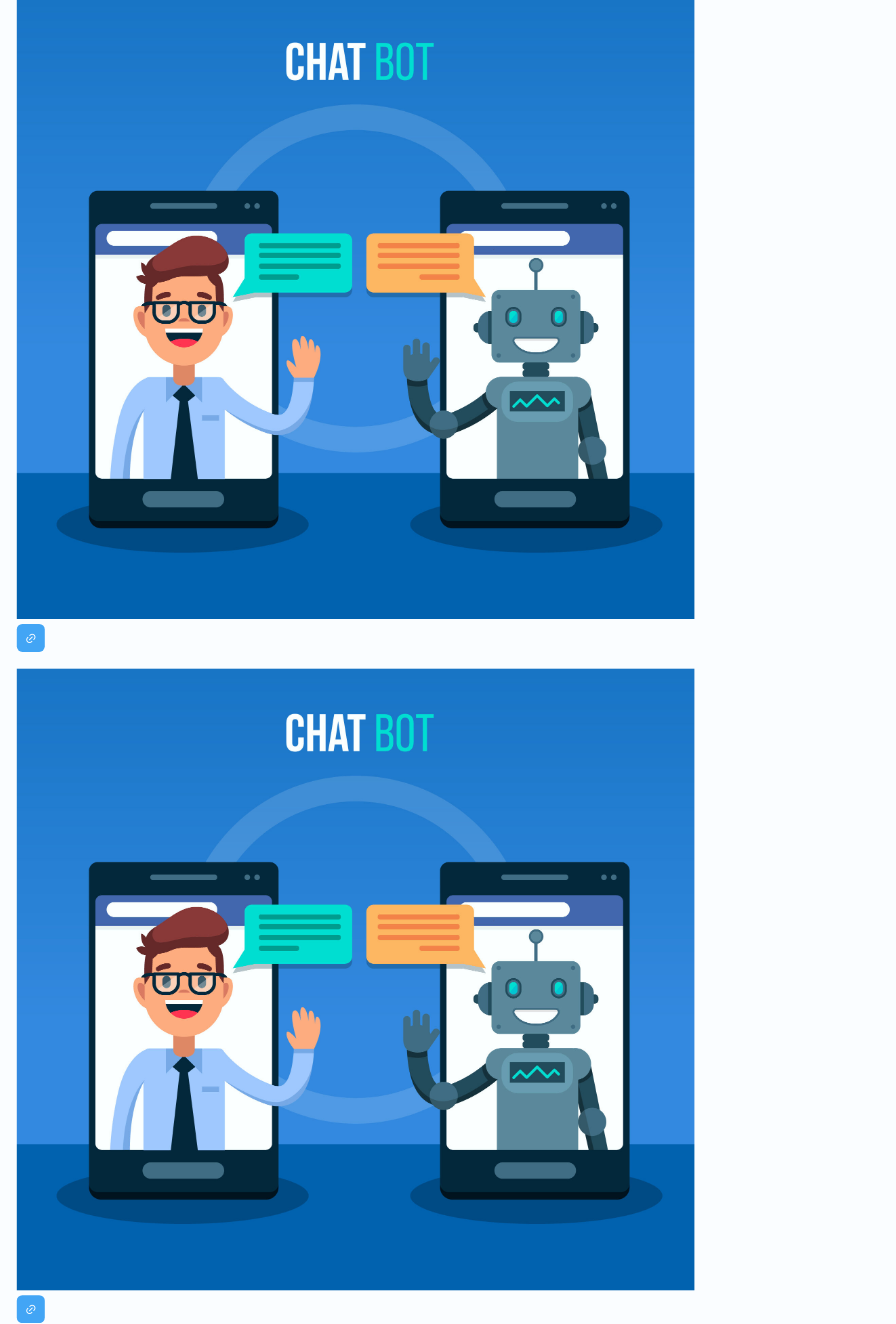
Repository: Kaii-Dev/Porfolio
Page: index.html
The author's editor kept a copy of each file at every save. The page is drawn from the files as they stood at one save, then again after the next save.
The browser window is 1280 px wide. The pictures show the part of the page from y = 3375 to 5295 px (the page is 5266 px tall before and 5295 px after), at 70% of full size.
A picture or video elsewhere on the page could not be fetched, so the positions and the page height are approximate. Some web libraries are served in a nearby version.

Above is the page before, as saved 2022-04-12 16:21:45.

### index.html
<!DOCTYPE html>
<html lang="en">
  <head>
    <meta charset="UTF-8" />
    <meta http-equiv="X-UA-Compatible" content="IE=edge" />
    <meta name="viewport" content="width=device-width, initial-scale=1.0" />
    <title>Portfolio</title>
    <link
      href="https://cdn.jsdelivr.net/npm/remixicon@2.2.0/fonts/remixicon.css"
      rel="stylesheet"
    />
    <link rel="stylesheet" href="./Assets/css/app.css" />
  </head>
  <body>
    <!-- HEADER PROFILE -->
    <header class="profile container">
      <div class="profile__container grid">
        <div class="profile__data">
          <div class="profile__border">
            <div class="profile__perfil">
              <img src="./Assets/img/perfil.jpeg" alt="" />
            </div>
          </div>

          <h2 class="profile__name">Khai Le</h2>
          <h3 class="profile__profession">Front-End Developer</h3>
          <ul class="profile__social">
            <a
              href="https://www.linkedin.com/in/le-khai-68b2921b0/"
              target="_blank"
              class="profile__social-link"
            >
              <i class="ri-linkedin-box-line"></i>
            </a>
            <a
              href="https://www.facebook.com/lkakaizy"
              target="_blank"
              class="profile__social-link"
            >
              <i class="ri-facebook-circle-line"></i>
            </a>
            <a
              href="https://github.com/Kaii-Dev"
              target="_blank"
              class="profile__social-link"
            >
              <i class="ri-github-line"></i>
            </a>
          </ul>
        </div>
        <div class="profile__info grid">
          <div class="profile__info group">
            <h3 class="profile__info-number">2</h3>
            <p class="profile__info-description">
              Language <br />
              certification
            </p>
          </div>
          <div class="profile__info group">
            <h3 class="profile__info-number">+10</h3>
            <p class="profile__info-description">
              Completed <br />
              projects
            </p>
          </div>
          <div class="profile__info group">
            <h3 class="profile__info-number">1</h3>
            <p class="profile__info-description">
              University's <br />
              scholarship
            </p>
          </div>
        </div>

        <div class="profile__buttons">
          <!-- insert cv -->
          <a download="" href="./Assets/pdf/" class="button">
            Download CV <i class="ri-download-line"></i>
          </a>

          <div class="profile__buttons-small">
            <!-- insert phone number -->
            <a
              href="tel: 0842454228"
              target="_blank"
              class="button button__small button__gray"
            >
              <i class="ri-phone-line"></i>
            </a>
            <a
              href="https://m.me/lkakaizy"
              target="_blank"
              class="button button__small button__gray"
            >
              <i class="ri-messenger-line"></i>
            </a>
          </div>
        </div>
      </div>
    </header>
    <!-- MAIN -->
    <main class="main">
      <section class="filters container">
        <!-- FILTERS TABS -->
        <ul class="filters__contents">
          <button class="filters__button" data-target="#projects">
            Projects
          </button>
          <button class="filters__button" data-target="#skills">Skills</button>
        </ul>
        <div class="filters__sections">
          <!-- PROJECTS -->
          <div class="projects__content grid" data-content id="projects">
            <article>
              <img src="./Assets/img/pic1.jpeg" alt="" class="projects__img" />
              <div class="projects__modal">
                <div class="">
                  <span class="projects__subtitle"></span>
                  <h3 class="projects__title"></h3>
                  <a href="" class="projects__button button button__small">
                    <i class="ri-link"></i>
                  </a>
                </div>
              </div>
            </article>

            <article>
              <img src="./Assets/img/pic1.jpeg" alt="" class="projects__img" />
              <div class="projects__modal">
                <div class="">
                  <span class="projects__subtitle"></span>
                  <h3 class="projects__title"></h3>
                  <a href="" class="projects__button button button__small">
                    <i class="ri-link"></i>
                  </a>
                </div>
              </div>
            </article>

            <article>
              <img src="./Assets/img/pic1.jpeg" alt="" class="projects__img" />
              <div class="projects__modal">
                <div class="">
                  <span class="projects__subtitle"></span>
                  <h3 class="projects__title"></h3>
                  <a href="" class="projects__button button button__small">
                    <i class="ri-link"></i>
                  </a>
                </div>
              </div>
            </article>

            <article>
              <img src="./Assets/img/pic1.jpeg" alt="" class="projects__img" />
              <div class="projects__modal">
                <div class="">
                  <span class="projects__subtitle"></span>
                  <h3 class="projects__title"></h3>
                  <a href="" class="projects__button button button__small">
                    <i class="ri-link"></i>
                  </a>
                </div>
              </div>
            </article>

            <article>
              <img src="./Assets/img/pic1.jpeg" alt="" class="projects__img" />
              <div class="projects__modal">
                <div class="">
                  <span class="projects__subtitle"></span>
                  <h3 class="projects__title"></h3>
                  <a href="" class="projects__button button button__small">
                    <i class="ri-link"></i>
                  </a>
                </div>
              </div>
            </article>
          </div>
          <!-- SKILLS -->
          <div class="skills__content grid" data-content id="skills"></div>
        </div>
      </section>
    </main>
    <!-- FOOTER -->
    <footer class="footer container"></footer>
    <!-- SCROLL REVEAL -->
    <script src="./Assets/js/app.js"></script>
  </body>
</html>

### Assets/css/app.css
/* GOOGLE FONT */
@import url("https://fonts.googleapis.com/css2?family=Poppins:wght@400;500;600&display=swap");
/* VAR CSS */
:root {
  --hue: 207;
  --sat: 90%;
  --lig: 61%;

  --first-color: hsl(var(--hue), var(--sat), var(--lig));
  --first-color-alt: hsl(var(--hue), var(--sat), 57%);
  --title-color: hsl(var(--hue), 12%, 15%);
  --text-color: hsl(var(--hue), 12%, 45%);
  --text-color-light: hsl(var(--hue), 8%, 75%);
  --text-color-lighten: hsl(var(--hue), 8%, 92%);
  --body-color: hsl(var(--hue), 100%, 99%);
  --container-color: #fff;
  /* font and typography */
  --body-font: "Poppins", sans-serif;
  --h2-font-size: 1.25rem;
  --h3-font-size: 1rem;
  --normal-font-size: 0.938rem;
  --small-font-size: 0.813rem;
  --smaller-font-size: 0.75rem;
}

/* responsive  */
@media screen and (min-width: 986px) {
  :root {
    --h2-font-size: 1.5rem;
    --h3-font-size: 1.25rem;
    --normal-font-size: 1rem;
    --small-font-size: 0.875rem;
    --smaller-font-size: 0.813rem;
  }
}
/*  CSS */
*,
*::before,
*::after {
  box-sizing: border-box;
}
* {
  margin: 0;
}

* {
  box-sizing: border-box;
  padding: 0;
  margin: 0;
}

body {
  font-family: var(--body-font);
  font-size: var(--normal-font-size);
  background-color: var(--body-color);
  color: var(--text-color);
  transition: 0.3s; /* For animation dark mode */
}

h1,
h2,
h3 {
  color: var(--title-color);
  font-weight: 600;
}

ul {
  list-style: none;
}

a {
  text-decoration: none;
}

img {
  max-width: 100%;
  height: auto;
}

/* REUSEBALE CSS */

.container {
  max-width: 968px;
  margin-left: 1.5rem;
  margin-right: 1.5rem;
}
.grid {
  display: grid;
  gap: 1.5rem;
}

/* PROFILE */
.profile {
  position: relative;
  padding-top: 3.5rem;
}

.profile__container {
  row-gap: 2rem;
}

.profile__data {
  display: grid;
  text-align: center;
}

.profile__perfil {
  width: 100px;
  height: 100px;
  background: linear-gradient(
    180deg,
    hsla(var(--hue), var(--sat), var(--lig), 1) 0%,
    hsla(var(--hue), var(--sat), var(--lig), 0.2) 100%
  );
  border-radius: 50%;
  overflow: hidden;
  display: flex;
  align-items: flex-end;
  justify-content: center;
}

.profile__perfil img {
  width: 75px;
}

.profile__border {
  border: 3.5px solid var(--first-color);
  justify-self: center;
  border-radius: 50%;
  display: grid;
  place-items: center;
  margin-bottom: 0.75rem;
}

.profile__name {
  font-size: var(--h2-font-size);
}
.profile__profession {
  font-size: var(--smaller-font-size);
  font-weight: 500;
  color: var(--text-color);
  margin-bottom: 1rem;
}

.profile__social {
  display: flex;
  justify-content: center;
  column-gap: 0.75rem;
  padding: 0 0 0 0px;
}

.profile__social-link {
  font-size: 1.25rem;
  color: var(--title-color);
  transition: 0.3s;
}
.profile__social-link:hover {
  color: var(--first-color);
}

.profile__info {
  grid-template-columns: repeat(3, max-content);
  justify-content: center;
  column-gap: 2.5rem;
}

.profile__info-group {
  font-size: var(--normal-font-size);
  margin-bottom: 0.25rem;
}

.profile__info-description {
  font-size: var(--smaller-font-size);
  font-weight: 500;
}
.profile__buttons,
.profile__buttons-small {
  display: flex;
  align-items: center;
  justify-content: center;
}

.profile__buttons {
  column-gap: 1rem;
}
.profile__buttons-small {
  column-gap: 0.25rem;
}
/* BUTTONS */

.button {
  display: inline-flex;
  align-items: center;
  column-gap: 0.5rem;
  background-color: var(--first-color);
  color: #fff;
  padding: 1.15rem 1.5rem;
  border-radius: 0.5rem;
  transition: 0.3s;
  box-shadow: 0 8px 24px hsla(var(--hue), var(--sat), var(--lig), 0.25);
}

.button:hover {
  background-color: var(--first-color-alt);
}

.button__small {
  padding: 0.75rem;
  box-shadow: none;
}

.button__gray {
  background-color: var(--text-color-lighten);
  color: var(--title-color);
}

.button__gray:hover {
  background-color: var(--text-color-ligh);
  color: var(--title-color);
}

Loaded but not shown: Assets/js/app.js (no copy from this time; the picture is the same without it)

After the next save:
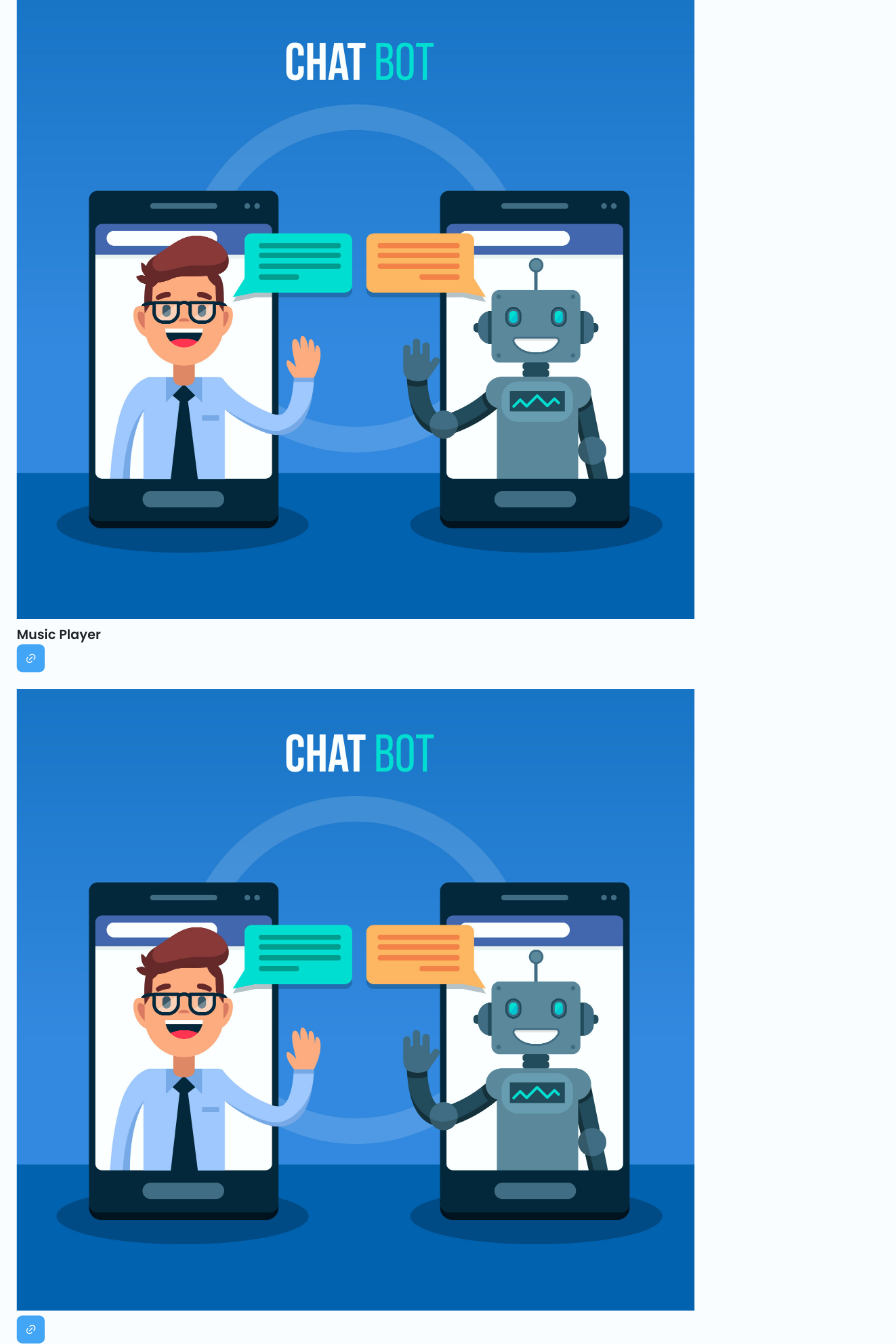
Saved 28 s later.
--- a/index.html
+++ b/index.html
@@ -155,7 +155,8 @@
               <div class="projects__modal">
                 <div class="">
                   <span class="projects__subtitle"></span>
-                  <h3 class="projects__title"></h3>
+                  <h3 class="projects__title">
+                     Music Player</h3>
                   <a href="" class="projects__button button button__small">
                     <i class="ri-link"></i>
                   </a>
